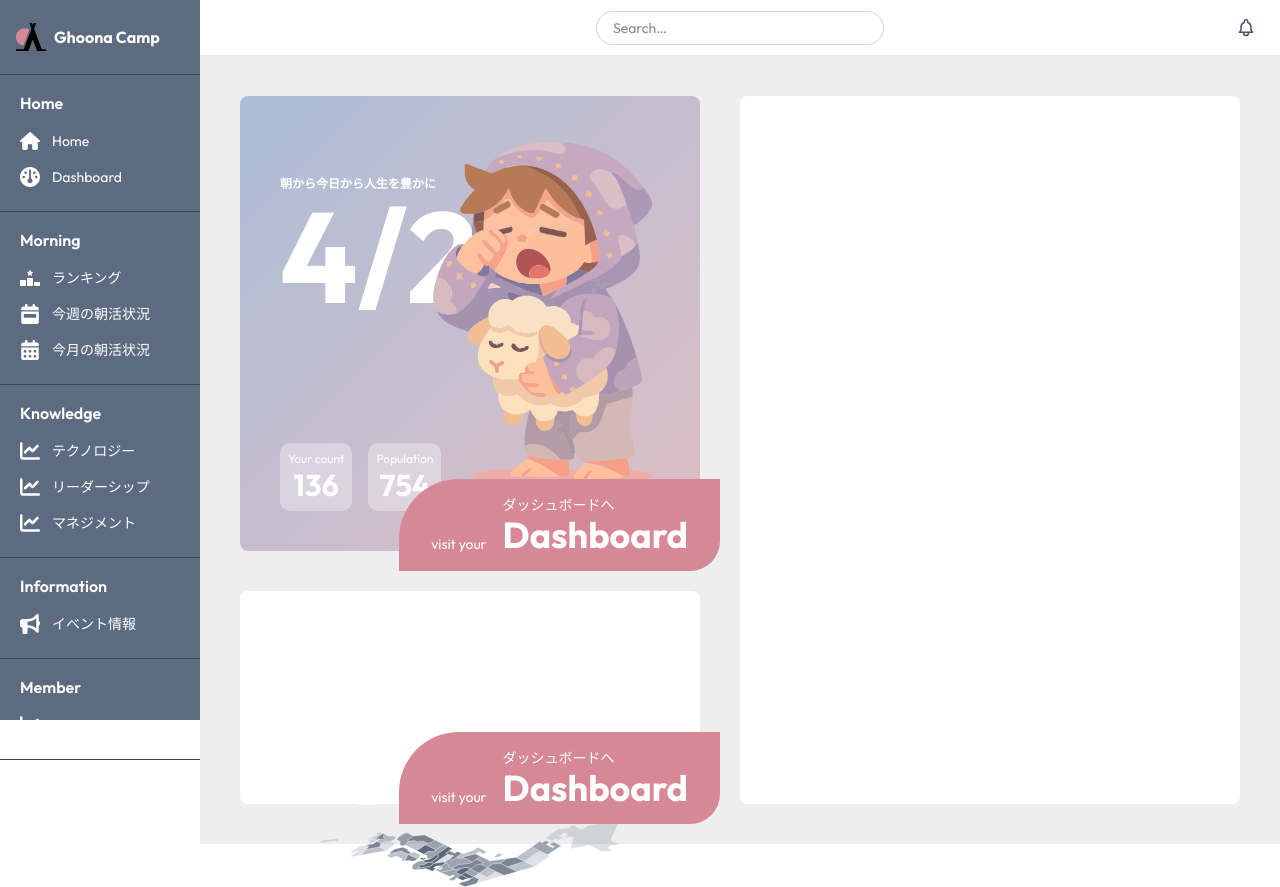
Repository: ShotaGhoona/ghoonacamp_platform
Page: /
An editor plug-in stored every save of this project. The page is shown before and after the next save, followed by the edit.
The browser window is 1280 px wide. The pictures show the whole page.
The page's requests for data from a server got no answer. The project was rebuilt for these pictures with package versions that can differ from the ones it lists, and the page was loaded fresh each time. The framework's server and built-in components were replaced by stand-ins that run in the browser. No one was signed in, and anything a server would have sent is missing. Also part of the build but not shown: next.config.js.

Above is the page before, as saved 2025-04-25 13:37:28.

After the next save:
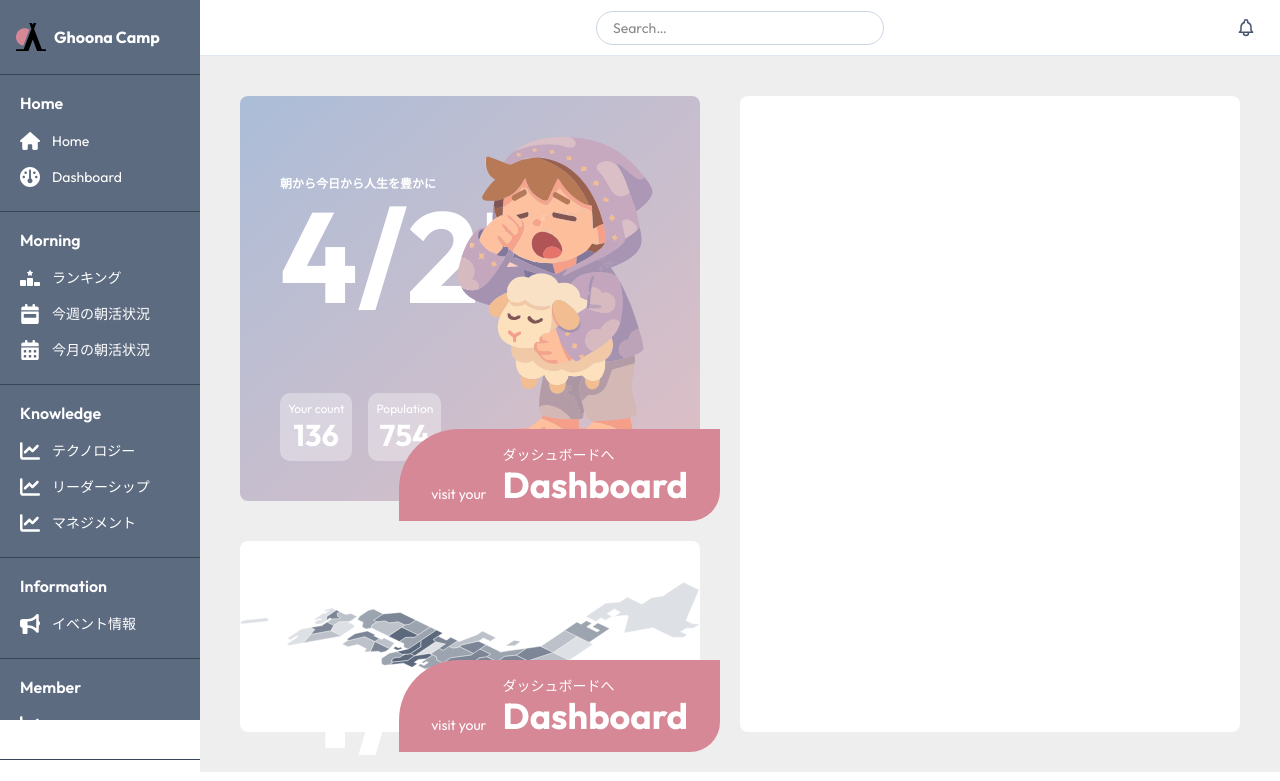
Saved 24 s later.
--- a/src/features/home/home/display/member.tsx
+++ b/src/features/home/home/display/member.tsx
@@ -11,7 +11,7 @@ export default function Hero() {
             <p className="text-xs font-bold">朝から今日から人生を豊かに</p>
             <p className="text-9xl font-bold">4/23</p>
         </div>
-        <img src="/svg/jpmap.svg" alt="jpmap" className="px-10" />
+        <img src="/svg/jpmap.svg" alt="jpmap" className="absolute top-1/2 left-1/2 -translate-x-1/2 -translate-y-1/2 w-auto h-[80%] " />
         <Link href="/dashboard" className="absolute -bottom-5 -right-5 flex flex-col gap-4">
             <CornerCta  color="D68897"  text="Dashboard"  subText="ダッシュボードへ" subText2="visit your" />
         </Link>
